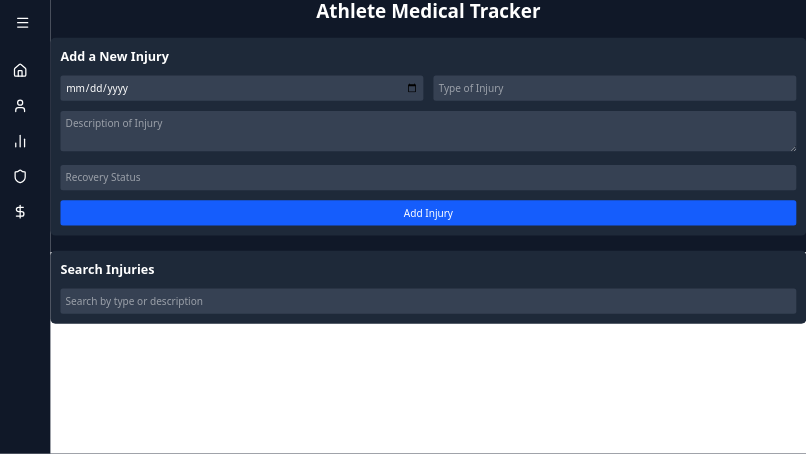
Repository: Shovon0004/Athlete
Page: /medical (app in Athlete/)
The author's editor kept a copy of each file at every save. The page is drawn from the files as they stood at one save, then again after the next save.
The browser window is 1280 px wide. The pictures show the whole page, at 63% of full size.
The project was rebuilt for these pictures with package versions that can differ from the ones it lists, and the page was loaded fresh each time. Also part of the build but not shown: Athlete/vite.config.js, Athlete/src/components/FinanceActions.jsx, Athlete/src/components/EditableFinanceDashboard.jsx, Athlete/src/components/News.jsx, Athlete/src/components/SportsPage.jsx, Athlete/src/components/HeroPage.jsx.

Above is the page before, as saved 2025-01-28 22:14:04.

After the next save:
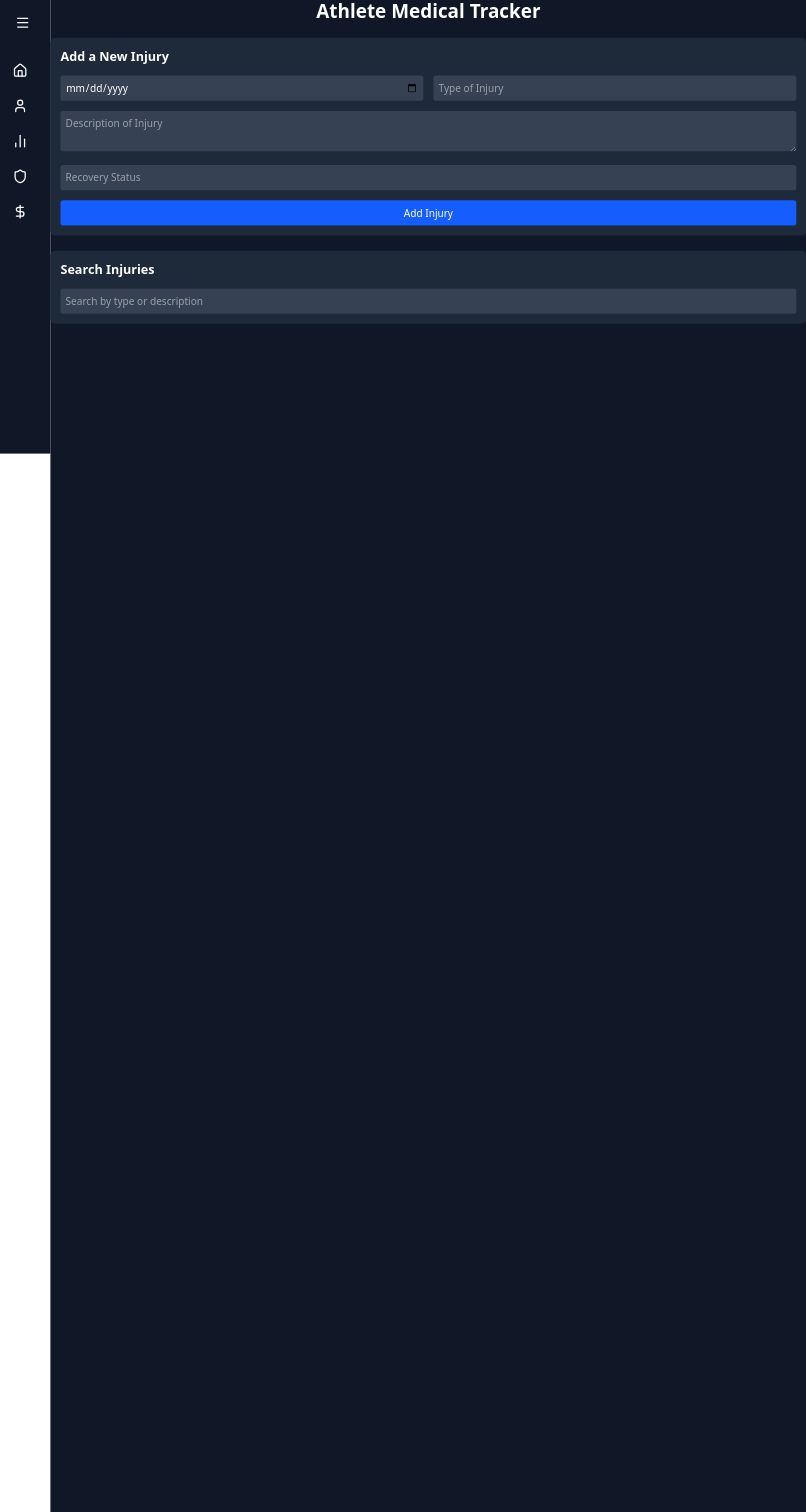
Saved 9 s later.
--- a/Athlete/src/components/Medical.jsx
+++ b/Athlete/src/components/Medical.jsx
@@ -49,7 +49,7 @@
   };
 
   return (
-    <div className=" max-w-full h-100  bg-gray-900 text-white">
+    <div className=" max-w-full h-600  bg-gray-900 text-white">
       <motion.h1
         className="text-3xl font-bold mb-6 text-center"
         initial={{ opacity: 0, y: -50 }}
